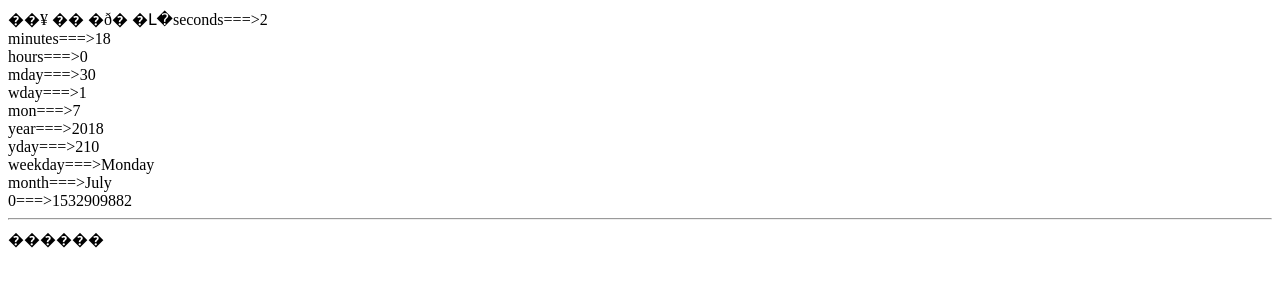
Repository: 2ujin/2018-PHP-afterschool
Page: http://localhost/CH08/01_getdate.php
An editor plug-in stored every save of this project. The page is shown before and after the next save, followed by the edit.
The browser window is 1280 px wide. The pictures show the whole page.
The page is run by PHP 8.4 with error messages shown; the project is at /var/www/html/.

Above is the page before, as saved 2018-08-01 00:21:13.

After the next save:
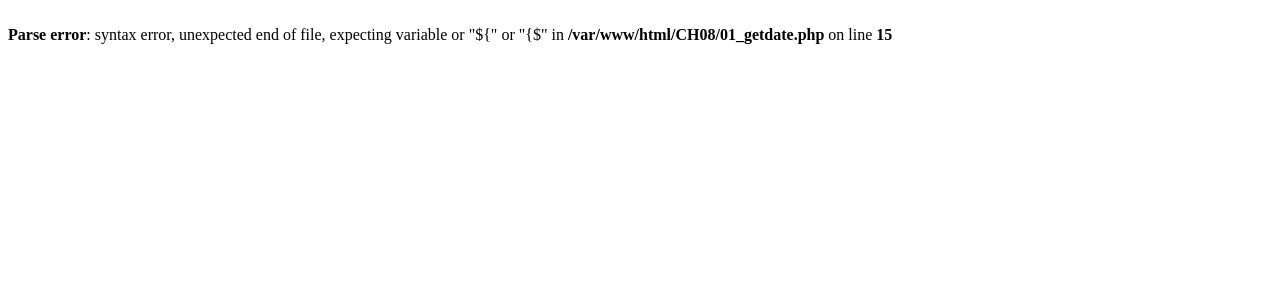
Saved 69 s later.
--- a/PHPStudy/CH08/01_getdate.php
+++ b/PHPStudy/CH08/01_getdate.php
@@ -4,10 +4,12 @@
 
 $today = getdate();
 
-foreach($today as $key=>$minutes)
-    echo $key."===>".$minutes."<br>";
+foreach($today as $key=>$value)
+    echo $key."===>".$value."<br>";
 
     echo "<hr>";
 
-    echo "오늘은 ";
-?>
+    echo "오늘 날짜 : 2018년 8월 1일 Wednesday";
+    echo "지금 시간 : 9시 21분 50초;
+
+    ?>

After the save that followed:
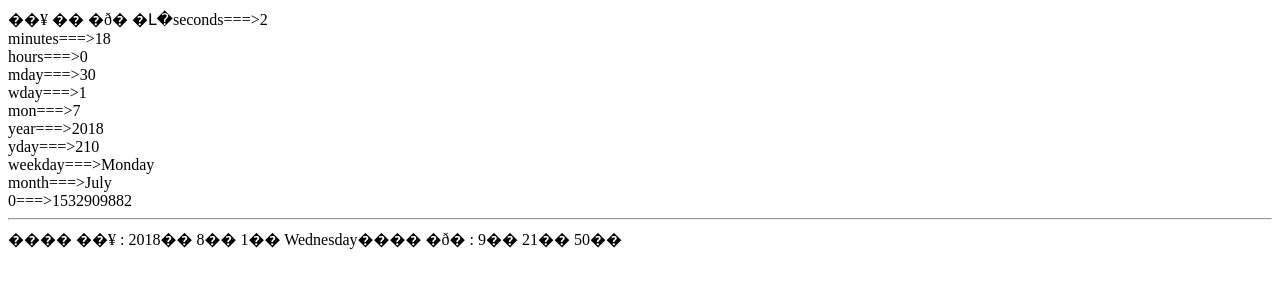
Saved 4 s later.
--- a/PHPStudy/CH08/01_getdate.php
+++ b/PHPStudy/CH08/01_getdate.php
@@ -10,6 +10,6 @@
     echo "<hr>";
 
     echo "오늘 날짜 : 2018년 8월 1일 Wednesday";
-    echo "지금 시간 : 9시 21분 50초;
+    echo "지금 시간 : 9시 21분 50초";
 
     ?>
